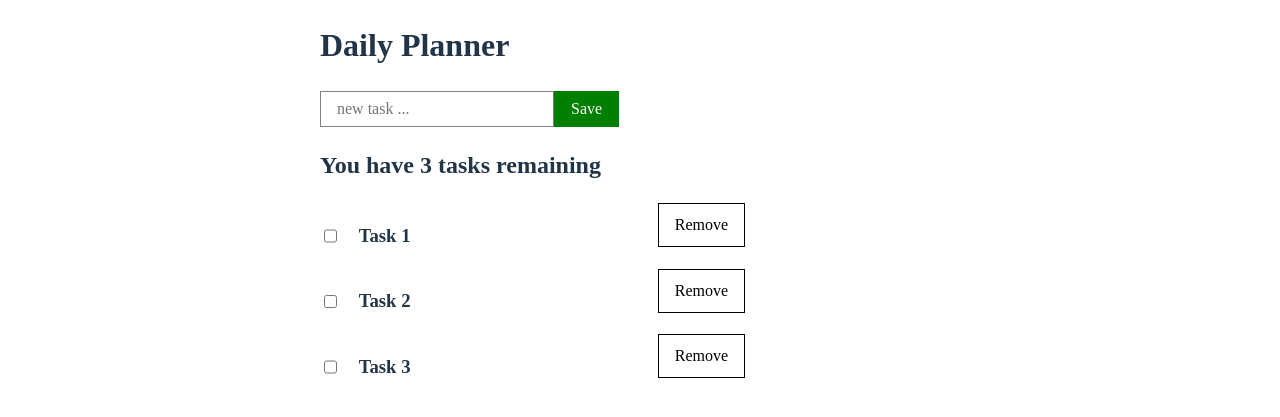
Repository: SamanthaYan298/my_planner
Page: /
The author's editor kept a copy of each file at every save. The page is drawn from the files as they stood at one save, then again after the next save.
The browser window is 1280 px wide. The pictures show the whole page.
The project was rebuilt for these pictures with package versions that can differ from the ones it lists, and the page was loaded fresh each time. Also part of the build but not shown: vite.config.js.

Above is the page before, as saved 2024-10-08 00:49:55.

### src/App.jsx
import { useState } from 'react'
import './App.css'

const data = [
  {
    id: 1,
    title: 'Task 1',
    checked: false
  },
  {
    id: 2,
    title: 'Task 2',
    checked: false
  },
  {
    id: 3,
    title: 'Task 3',
    checked: false
  }
]

function App() {

  const [tasks, setTasks] = useState(""); // hold the current list of tasks and update the tasks.
  const [addTask, setAddTask] = useState(data);
  const currentTasks = addTask.filter(task => !task.checked).length;

  function handleChange(e) {
    setTasks(e.target.value);
  }

  function handleAddTask(e) {
    e.preventDefault();
    // helps ensure that users only add text-format tasks, not whitespace.
    if(tasks.trim()) {
      setAddTask([...addTask, {id: addTask.length + 1, title: tasks, checked: false}]);
      setTasks(''); // clear the input after adding new tasks.
    }
  }

  function handleDelete(taskId) {
    setAddTask(addTask.filter(task => task.id !== taskId)); // filter tasks by their Ids.
  }

  function toggleChecked(id) {
    setAddTask(addTask.map(task =>
      task.id === id ? {...task, checked: !task.checked} : task
    ));
  }

  return (
    <>
      <div className='main'>
        <h1>Daily Planner</h1>

        <form onSubmit={handleAddTask}>
          <input
            type="text"
            className='form-input'
            placeholder='new task ...'
            value={tasks}
            onChange={handleChange}
          />
          <button className='form-btn'>Save</button>
        </form>

        <h2>You have {currentTasks} tasks remaining</h2>

        <div>
          {addTask.map(task => (
            <div className='task-list' key={task.id}>
              <input
                type="checkbox"
                checked={task.checked}
                onChange={() => toggleChecked(task.id)}
              />
              <h3 className={task.checked ? 'checked' : ''}>{task.title}</h3>
              <button className='task-btn' onClick={() => handleDelete(task.id)}>Remove</button>
          </div>
          ))}
        </div>

      </div>
    </>
  )
}

export default App

### src/index.css
:root {
  font-family: Inter, system-ui, Avenir, Helvetica, Arial, sans-serif;
  line-height: 1.5;
  font-weight: 400;

  color-scheme: light dark;
  color: rgba(255, 255, 255, 0.87);
  background-color: #242424;

  font-synthesis: none;
  text-rendering: optimizeLegibility;
  -webkit-font-smoothing: antialiased;
  -moz-osx-font-smoothing: grayscale;
}

a {
  font-weight: 500;
  color: #646cff;
  text-decoration: inherit;
}
a:hover {
  color: #535bf2;
}

body {
  margin: 0;
  display: flex;
  flex-direction: column;
  align-items: flex-start;
  justify-content: flex-start;
  min-width: 320px;
  min-height: 100vh;
  padding-top: 0;
  text-align: left;
  left: 0;
}


/* h1 {
  font-size: 3.2em;
  line-height: 1.1;
} */

/* button {
  border-radius: 8px;
  border: 1px solid transparent;
  padding: 0.6em 1.2em;
  font-size: 1em;
  font-weight: 500;
  font-family: inherit;
  background-color: #1a1a1a;
  cursor: pointer;
  transition: border-color 0.25s;
}
button:hover {
  border-color: #646cff;
}
button:focus,
button:focus-visible {
  outline: 4px auto -webkit-focus-ring-color;
} */

@media (prefers-color-scheme: light) {
  :root {
    color: #213547;
    background-color: #ffffff;
  }
  a:hover {
    color: #747bff;
  }
  button {
    background-color: #f9f9f9;
  }
}

### src/App.css
#root {
  max-width: 100%;
  margin-left: 20em;
  padding: 0;
  top: 0;
  font-family: "Playfair Display", serif;
}

.main {
  text-align: left;
}

.task-list {
  display: flex;
  flex-direction: row;
}

.form-btn {
  background-color: green;
  border: 1px solid green;
  color: white;
  padding: 0.5em 1em;
  font-family: "Playfair Display", serif;
  font-size: 1em;
}

.task-btn {
  padding: 0.5em 1em;
  border: 1px solid;
  background-color: white;
  width: 6em;
  height: 2.75em;
  font-family: "Playfair Display", serif;
  font-size: 1em;
  cursor: pointer;
}

.form-input {
  padding: 0.5em 1em;
  border: 1px solid;
  height: 1.15em;
  font-family: "Playfair Display", serif;
  color: grey;
  font-size: 1em;
}

div h3 {
  margin-left: 1em;
  min-width: 100%;
}

.checked {
  color: grey;
  text-decoration: line-through;
}

Loaded but not shown: index.html (common file); src/main.jsx (common file)

After the next save:
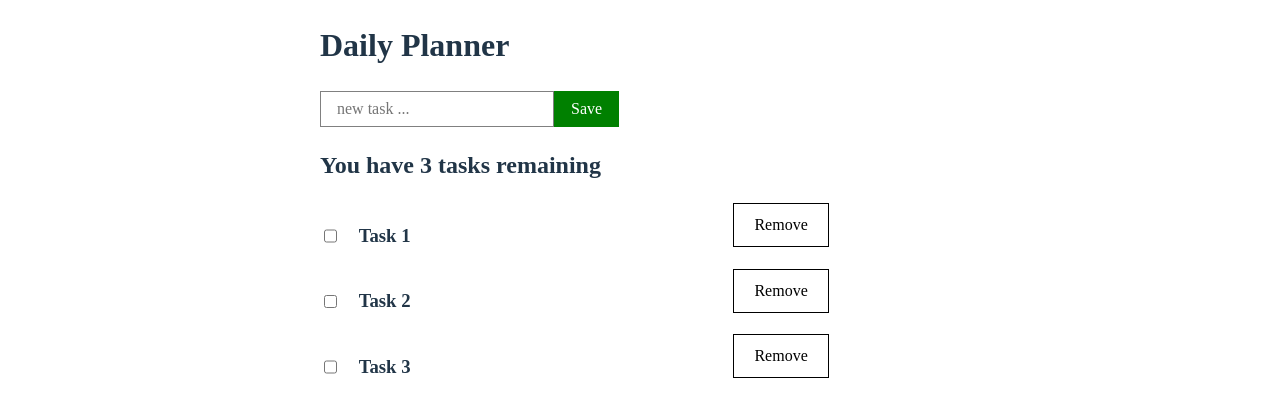
Saved 13 s later.
--- a/src/App.css
+++ b/src/App.css
@@ -46,7 +46,7 @@
 
 div h3 {
   margin-left: 1em;
-  min-width: 100%;
+  min-width: 20em;
 }
 
 .checked {
